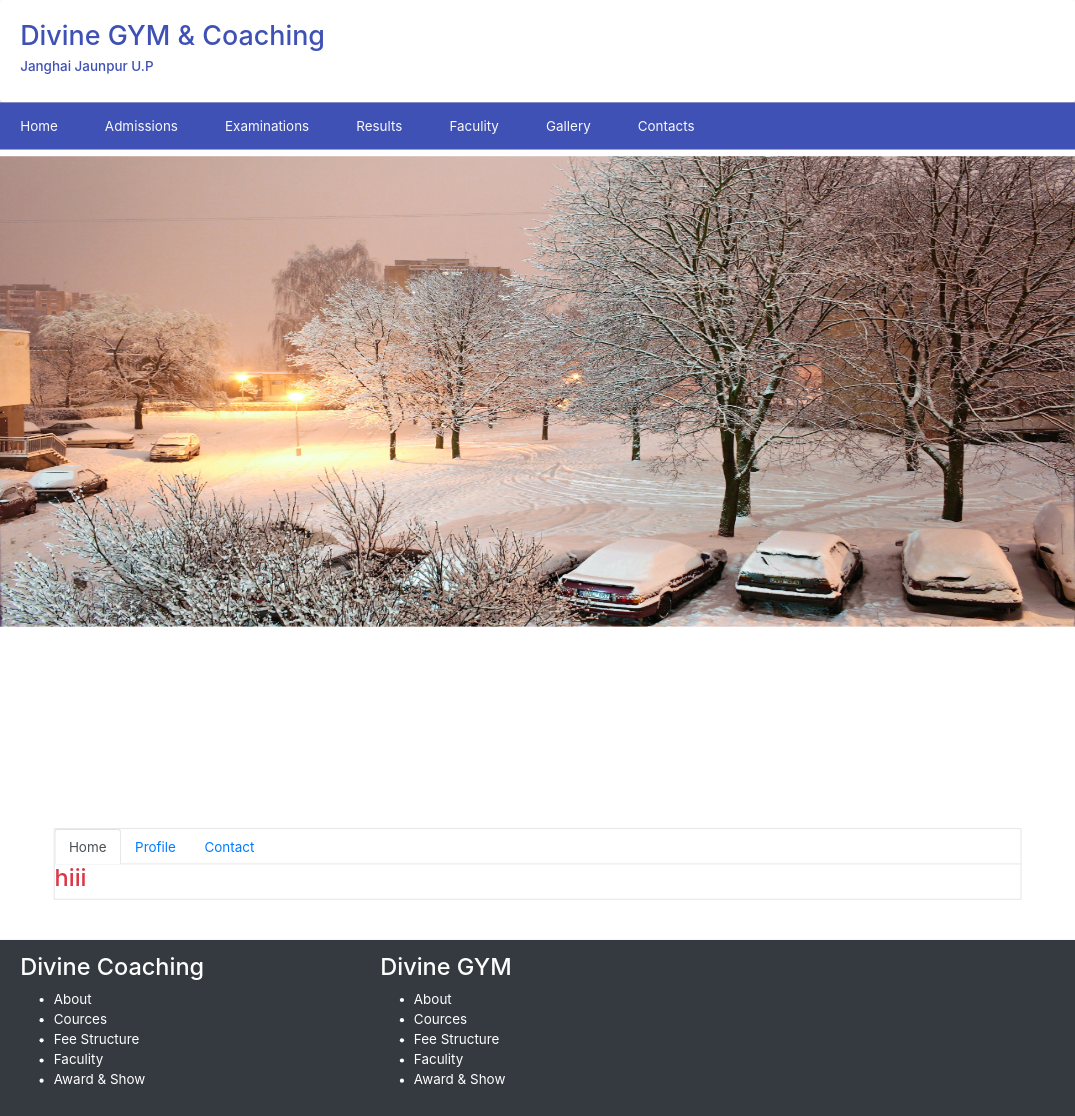
Repository: lalji-yadav/vikash-Coaching-frontend
Page: /gallery
The author's editor kept a copy of each file at every save. The page is drawn from the files as they stood at one save, then again after the next save.
The browser window is 1280 px wide. The pictures show the whole page, at 84% of full size.
The project was rebuilt for these pictures with package versions that can differ from the ones it lists, and the page was loaded fresh each time. Also part of the build but not shown: src/index.css, src/home/home.js, src/component/admission/admission.js, src/component/examination/examination.js, src/component/results/result.js, src/component/faculity/faculity.js.

Above is the page before, as saved 2021-04-11 13:46:41.

After the next save:
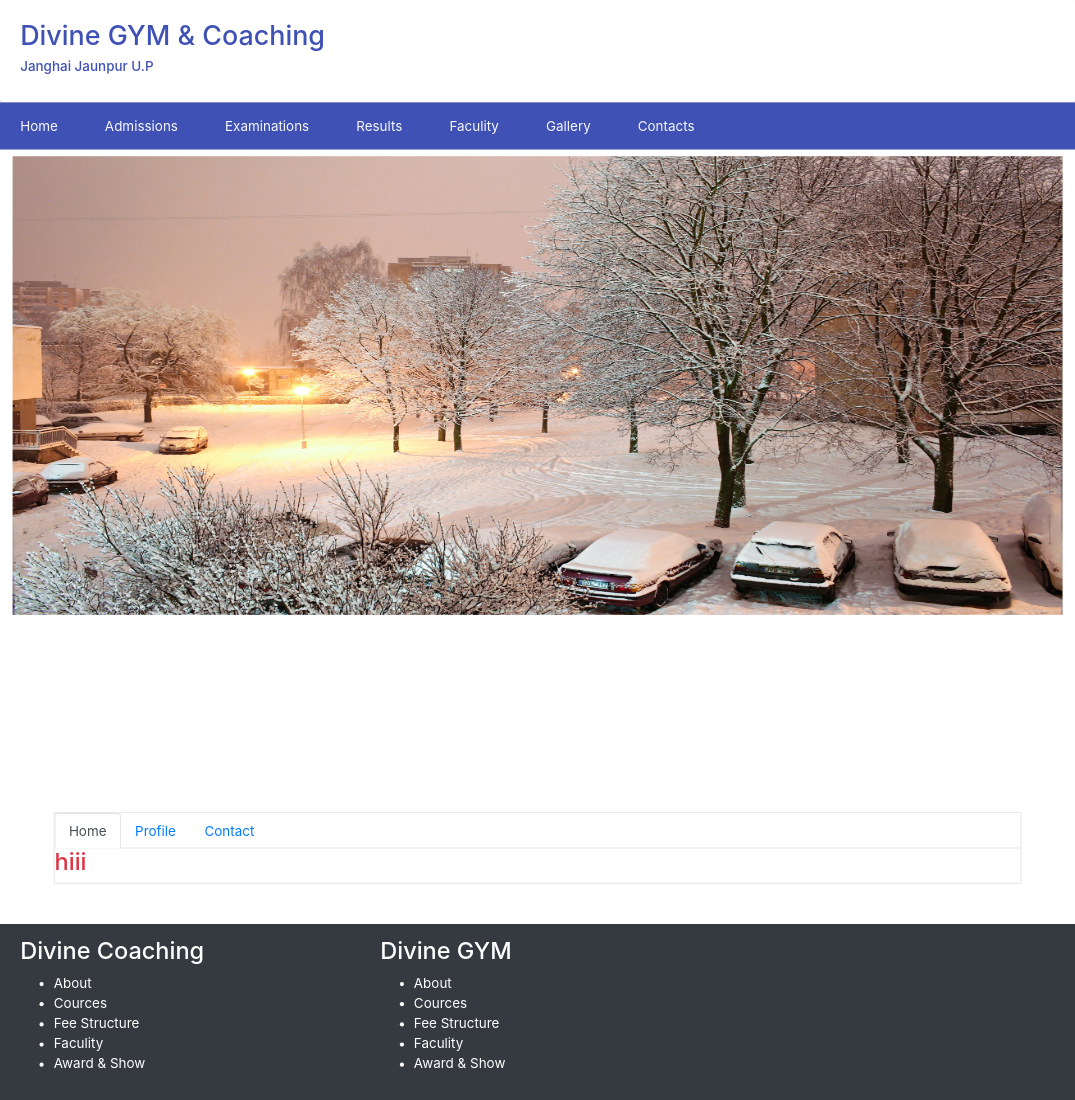
Saved 50 s later.
--- a/src/component/gallery/gallery.js
+++ b/src/component/gallery/gallery.js
@@ -8,7 +8,7 @@ class gallery extends Component {
     return (
       <div>
 
-        <div className="row">
+        <div className="row m-0 p-0">
           <div className="col-sm-12 mt-2">
             <img
               style={{ width: "100%", height: "70%" }}
